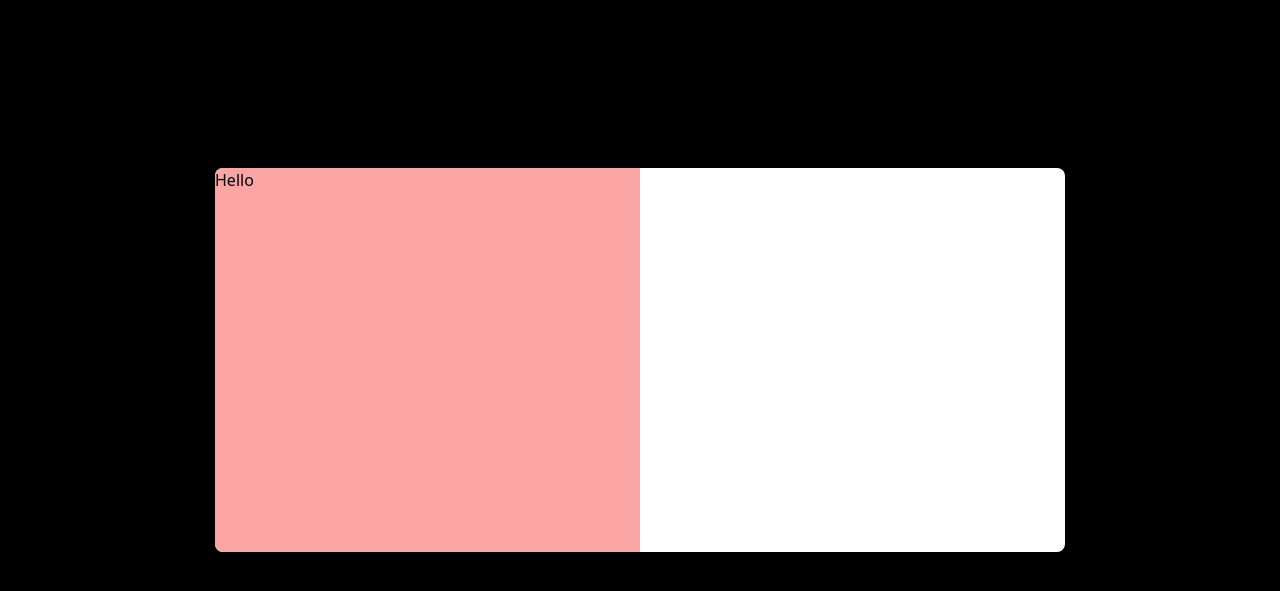
Repository: BerlinWebDev/FrontendMaster_PreviewMentor
Page: /
The author's editor kept a copy of each file at every save. The page is drawn from the files as they stood at one save, then again after the next save.
The browser window is 1280 px wide. The pictures show the whole page.
The project was rebuilt for these pictures with package versions that can differ from the ones it lists, and the page was loaded fresh each time.

Above is the page before, as saved 2023-11-11 01:16:43.

After the next save:
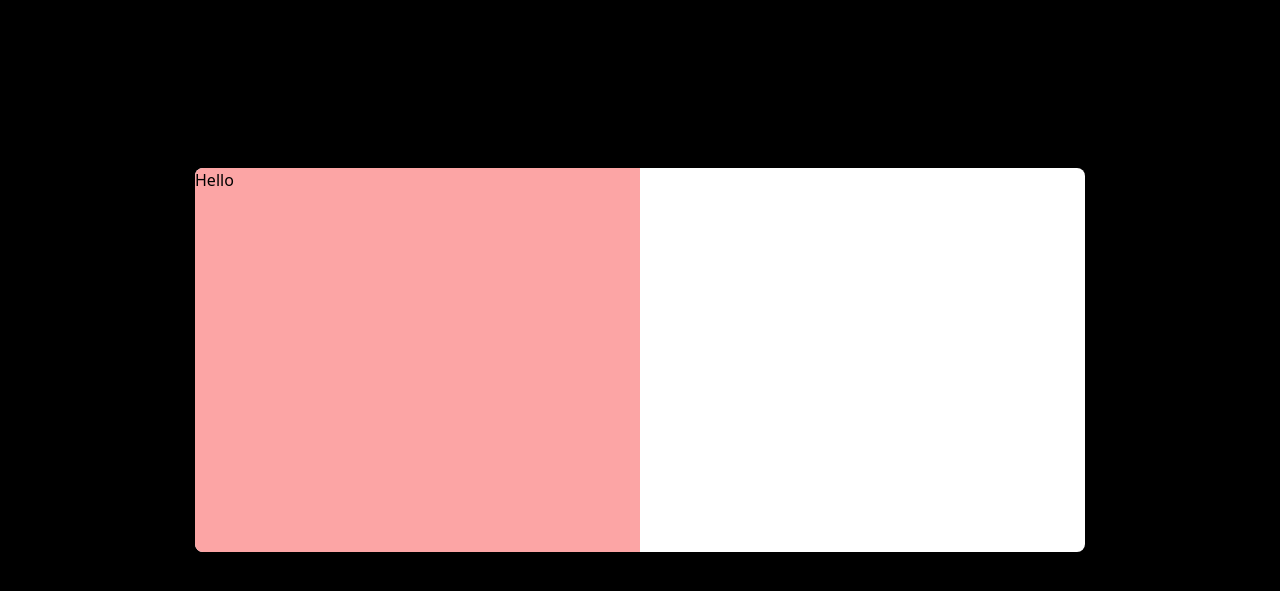
Saved 7 s later.
--- a/src/App.js
+++ b/src/App.js
@@ -7,7 +7,7 @@ function App() {
         <link rel="icon" href="/favicon.ico" />
       </header>
       <main className="flex min-h-screen flex-col items-center justify-center bg-black">
-        <div className="flex h-96 w-[850px] rounded-lg bg-white">
+        <div className="flex h-96 w-[890px] rounded-lg bg-white">
           <aside className="w-1/2 bg-red-300 rounded-l-lg">Hello</aside>
         </div>
       </main>
